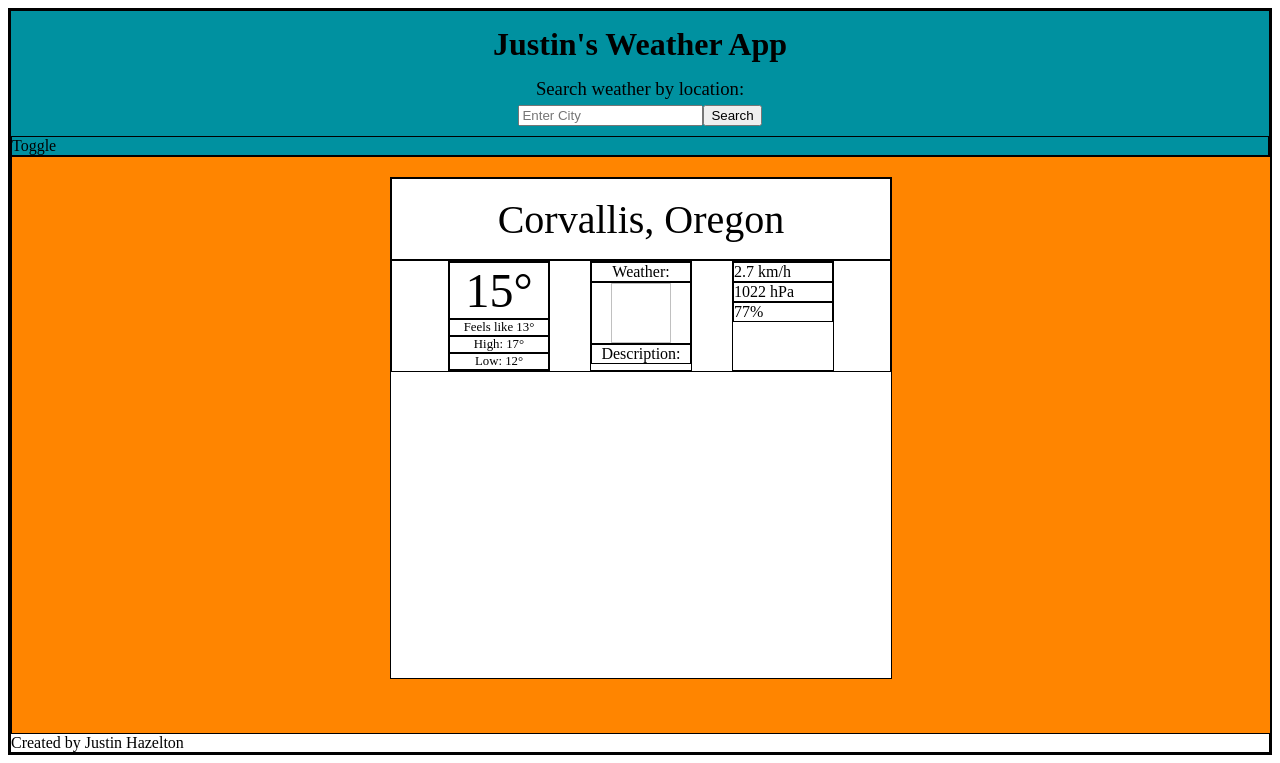
Repository: J-Haze/Weather
Page: /
An editor plug-in stored every save of this project. The page is shown before and after the next save, followed by the edit.
The browser window is 1280 px wide. The pictures show the whole page.
The project was rebuilt for these pictures with package versions that can differ from the ones it lists, and the page was loaded fresh each time. Also part of the build but not shown: src/index.css.

Above is the page before, as saved 2020-09-06 20:41:43.

After the next save:
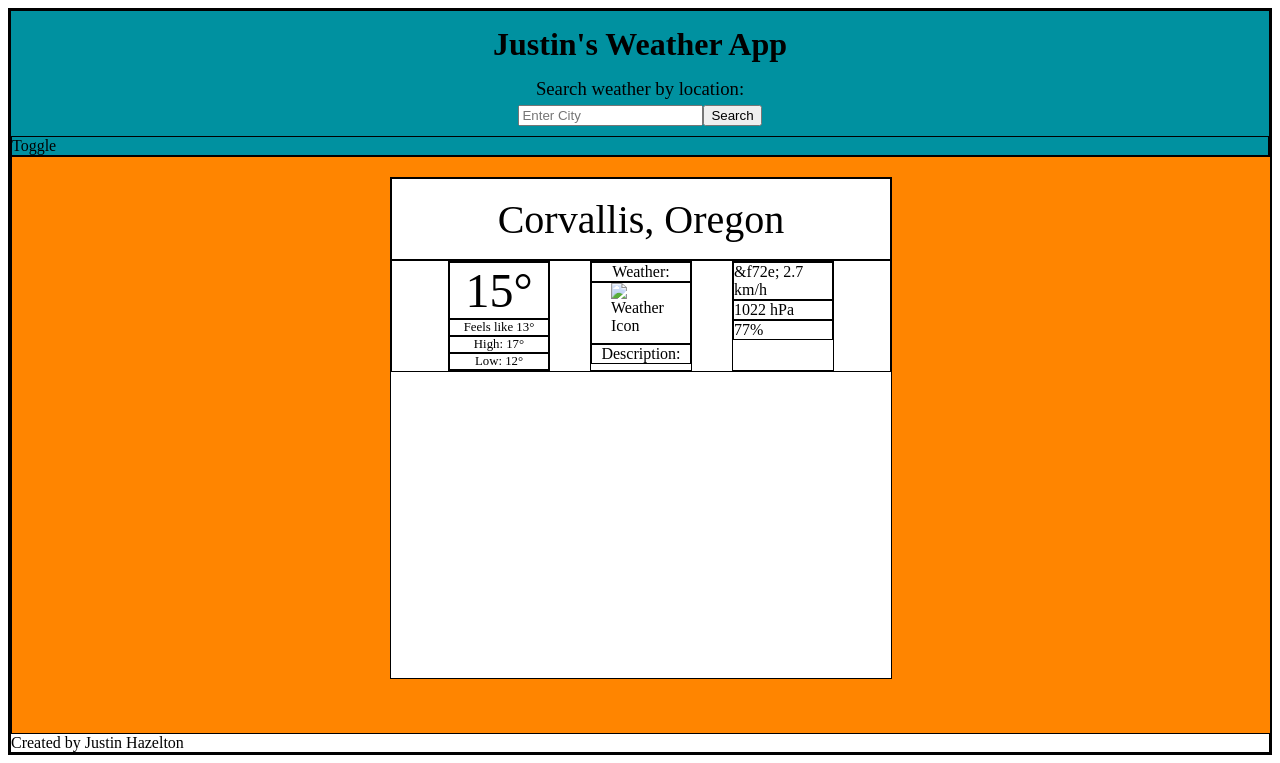
Saved 5 min 56 s later.
--- a/src/components/Weather.js
+++ b/src/components/Weather.js
@@ -160,12 +160,12 @@ const Weather = () => {
 
                         <div className="weather-container">
                             <div className="weather mid"> Weather: {weather} </div>
-                            <div className="mid"><img src={weatherIcons[icon]} className="icon"/></div>
+                            <div className="mid"><img src={weatherIcons[icon]} className="icon" alt="Weather Icon"/></div>
                             <div className="description mid">Description: {description}</div>
                         </div>
 
                         <div className="other-container">
-                            <div className="wind">2.7 km/h {wind}</div>
+                            <div className="wind">&f72e; 2.7 km/h {wind}</div>
                             <div className="pressure">1022 hPa {pressure}</div>
                             <div className="humidity">77% {humidity}</div>
                         </div>
